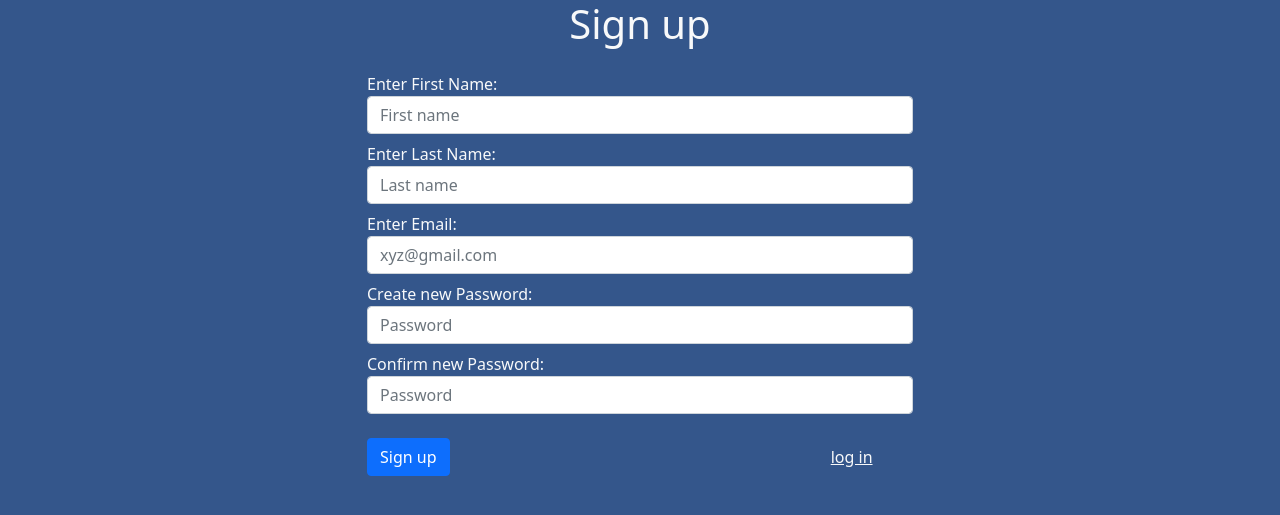
Repository: paresh-art/MyWebsite
Page: http://localhost/com.website/signup.jsp
An editor plug-in stored every save of this project. The page is shown before and after the next save, followed by the edit.
The browser window is 1280 px wide. The pictures show the whole page.
The page is served by Tomcat 9.

Above is the page before, as saved 2022-11-07 15:34:38.

After the next save:
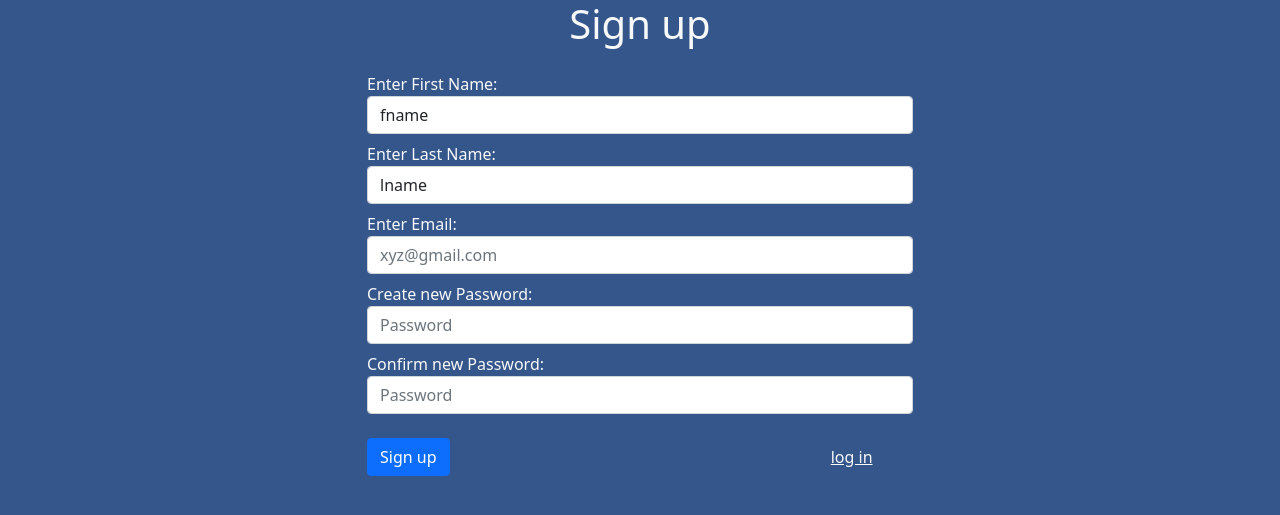
Saved 3 min 41 s later.
--- a/com.website/src/main/webapp/signup.jsp
+++ b/com.website/src/main/webapp/signup.jsp
@@ -22,14 +22,14 @@
 			<div class="row">
 				<div class="col-lg-6 col-md-8 col-sm-12 mx-auto text-light">
 					Enter First Name:<input type="text" class="form-control"
-						placeholder="First name">
+						placeholder="First name" value="fname">
 				</div>
 			</div>
 
 			<div class="row mt-2">
 				<div class="col-lg-6 col-md-8 col-sm-12 mx-auto text-light">
 					Enter Last Name:<input type="text" class="form-control"
-						placeholder="Last name">
+						placeholder="Last name" value="lname">
 				</div>
 			</div>
 			<div class="row mt-2">
